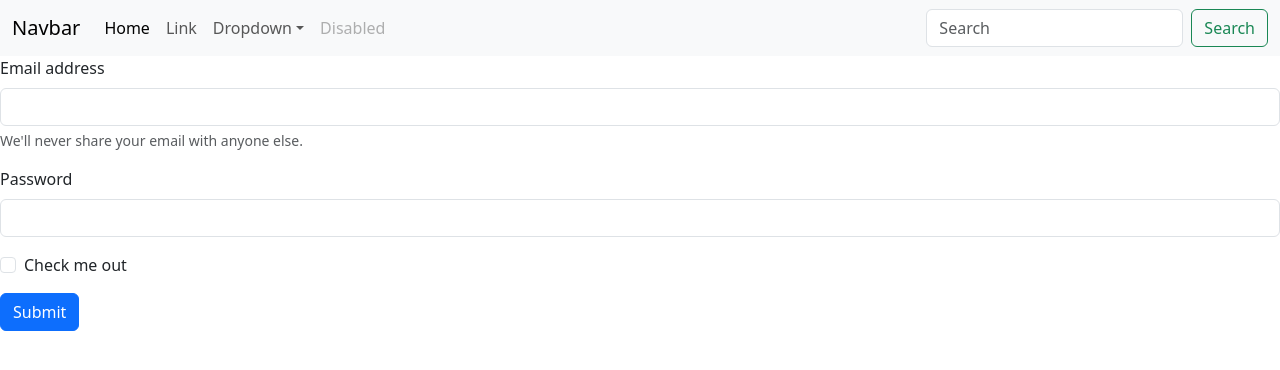
Repository: suraj-yadav7/createpost-redux
Page: /read
The author's editor kept a copy of each file at every save. The page is drawn from the files as they stood at one save, then again after the next save.
The browser window is 1280 px wide. The pictures show the whole page.
The project was rebuilt for these pictures with package versions that can differ from the ones it lists, and the page was loaded fresh each time. Also part of the build but not shown: vite.config.js, src/App.css, src/index.css.

Above is the page before, as saved 2023-05-15 23:43:44.

After the next save:
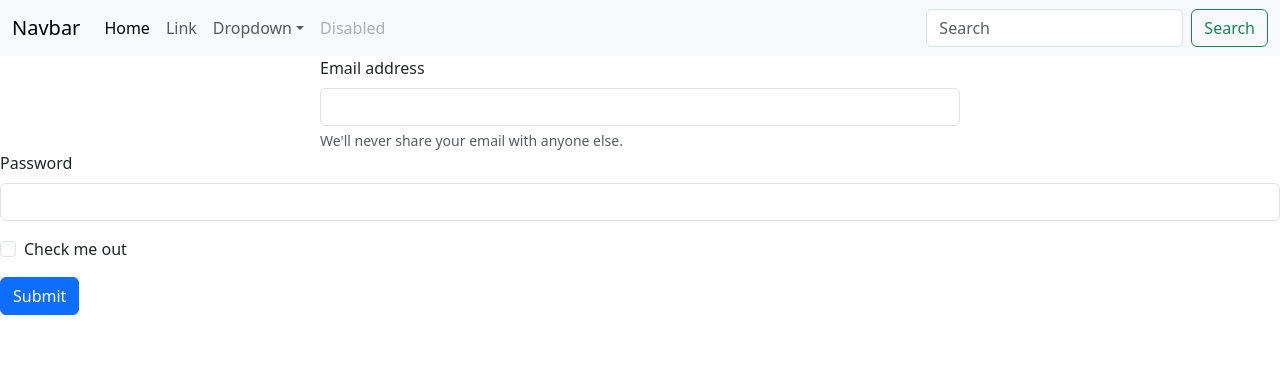
Saved 38 s later.
--- a/src/components/create.jsx
+++ b/src/components/create.jsx
@@ -4,7 +4,7 @@ const Create = () => {
   return (
     <>
       <form>
-  <div class="mb-3 mx-auto wd-50">
+  <div class=" mx-auto w-50">
     <label for="exampleInputEmail1" class="form-label">Email address</label>
     <input type="email" class="form-control" id="exampleInputEmail1" aria-describedby="emailHelp"/>
     <div id="emailHelp" class="form-text">We'll never share your email with anyone else.</div>
